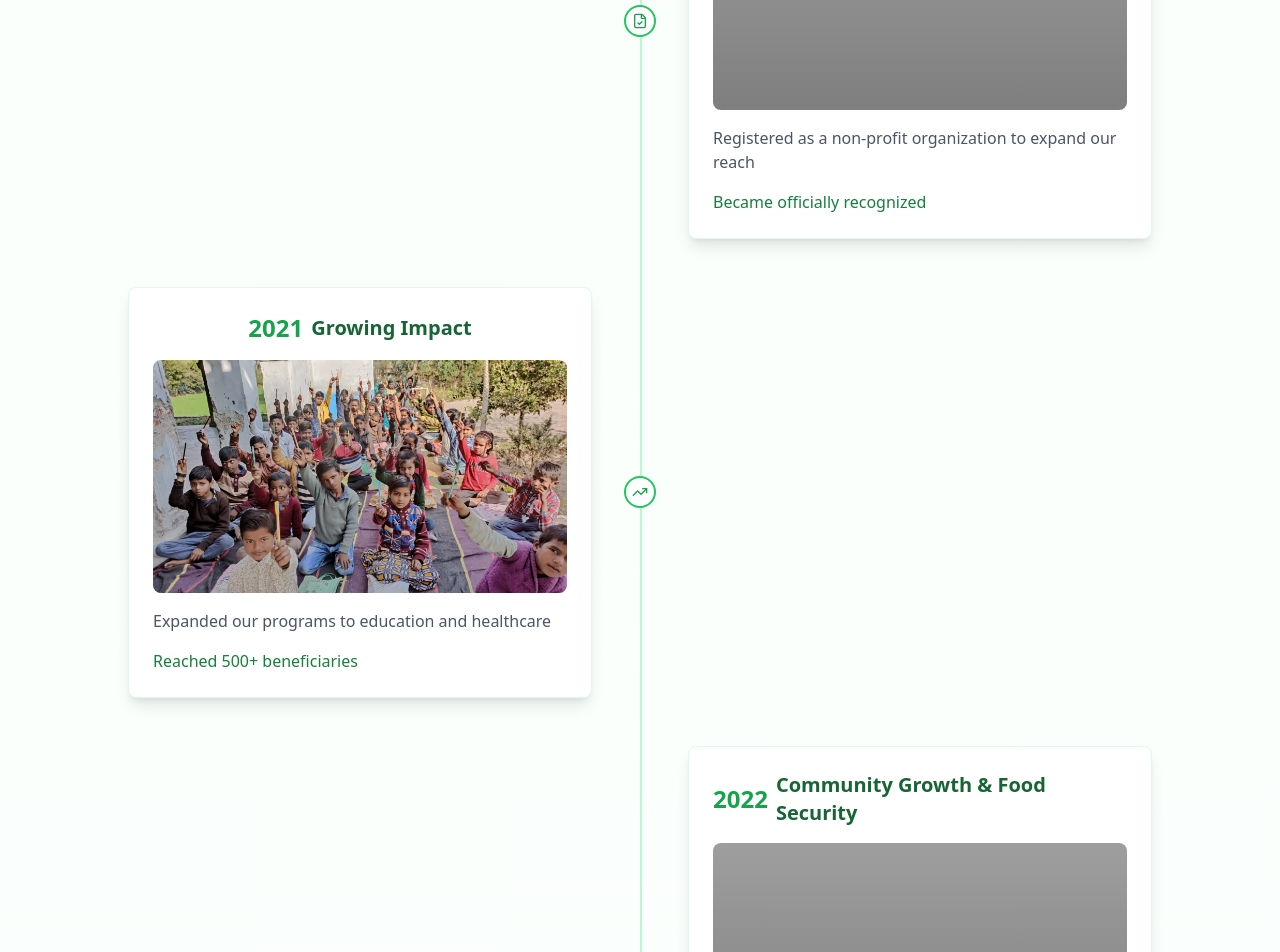
Repository: rajukumar2003/chandra-foundation
Page: /aboutus
These files come from the project's save history. The page is drawn as it stood at one moment and after the next save; the edit follows.
The browser window is 1280 px wide. The pictures show the part of the page from y = 4197 to 5149 px (the page is 7627 px tall).
Pictures or frames that could not be fetched are drawn as grey boxes. The project was rebuilt for these pictures with package versions that can differ from the ones it lists, and the page was loaded fresh each time. The framework's server and built-in components were replaced by stand-ins that run in the browser. Also part of the build but not shown: next.config.ts.

Above is the page before, as saved 2025-01-30 21:19:23.

### app/layout.tsx
import type { Metadata } from "next";
import { Geist, Geist_Mono } from "next/font/google";
import "./globals.css";
import Navbar from "./components/navbar";
import Footer from "./components/Footer";

const geistSans = Geist({
  variable: "--font-geist-sans",
  subsets: ["latin"],
});

const geistMono = Geist_Mono({
  variable: "--font-geist-mono",
  subsets: ["latin"],
});

export const metadata: Metadata = {
  title: "Create Next App",
  description: "Generated by create next app",
};

export default function RootLayout({
  children,
}: Readonly<{
  children: React.ReactNode;
}>) {
  return (
    <html lang="en">
      <body
        className={`${geistSans.variable} ${geistMono.variable} antialiased`}
      >
        <Navbar />
        {children}
        <Footer/>
      </body>
    </html>
  );
}

### app/globals.css
@tailwind base;
@tailwind components;
@tailwind utilities;
@layer base {
  :root {
    --background: 0 0% 100%;
    --foreground: 0 0% 3.9%;
    --card: 0 0% 100%;
    --card-foreground: 0 0% 3.9%;
    --popover: 0 0% 100%;
    --popover-foreground: 0 0% 3.9%;
    --primary: 0 0% 9%;
    --primary-foreground: 0 0% 98%;
    --secondary: 0 0% 96.1%;
    --secondary-foreground: 0 0% 9%;
    --muted: 0 0% 96.1%;
    --muted-foreground: 0 0% 45.1%;
    --accent: 0 0% 96.1%;
    --accent-foreground: 0 0% 9%;
    --destructive: 0 84.2% 60.2%;
    --destructive-foreground: 0 0% 98%;
    --border: 0 0% 89.8%;
    --input: 0 0% 89.8%;
    --ring: 0 0% 3.9%;
    --chart-1: 12 76% 61%;
    --chart-2: 173 58% 39%;
    --chart-3: 197 37% 24%;
    --chart-4: 43 74% 66%;
    --chart-5: 27 87% 67%;
    --radius: 0.5rem
  }
  .dark {
    --background: 0 0% 3.9%;
    --foreground: 0 0% 98%;
    --card: 0 0% 3.9%;
    --card-foreground: 0 0% 98%;
    --popover: 0 0% 3.9%;
    --popover-foreground: 0 0% 98%;
    --primary: 0 0% 98%;
    --primary-foreground: 0 0% 9%;
    --secondary: 0 0% 14.9%;
    --secondary-foreground: 0 0% 98%;
    --muted: 0 0% 14.9%;
    --muted-foreground: 0 0% 63.9%;
    --accent: 0 0% 14.9%;
    --accent-foreground: 0 0% 98%;
    --destructive: 0 62.8% 30.6%;
    --destructive-foreground: 0 0% 98%;
    --border: 0 0% 14.9%;
    --input: 0 0% 14.9%;
    --ring: 0 0% 83.1%;
    --chart-1: 220 70% 50%;
    --chart-2: 160 60% 45%;
    --chart-3: 30 80% 55%;
    --chart-4: 280 65% 60%;
    --chart-5: 340 75% 55%
  }
}
@layer base {
  * {
    @apply border-border;
  }
  body {
    @apply bg-background text-foreground;
  }
}

@keyframes float {
  0%, 100% {
    transform: translateY(0);
  }
  50% {
    transform: translateY(-20px);
  }
}

@keyframes float-delayed {
  0%, 100% {
    transform: translateY(0);
  }
  50% {
    transform: translateY(-15px);
  }
}

.animate-float {
  animation: float 6s ease-in-out infinite;
}

.animate-float-delayed {
  animation: float-delayed 5s ease-in-out infinite;
  animation-delay: 1s;
}

### app/components/AboutIntro.tsx
"use client";

import { motion } from "framer-motion";
import Image from "next/image";

export default function AboutUsIntro() {
  return (
    <section className="py-16 bg-white">
      <div className="container mx-auto px-4">
        <div>
          <h2 className="text-4xl font-bold text-green-800 my-12 flex justify-center items-center">Who We Are</h2>
        </div>
        <div className="grid lg:grid-cols-2 gap-12 lg:gap-20 items-center justify-center">
          {/* Left side - Image */}
          <motion.div
            initial={{ opacity: 0, x: -20 }}
            animate={{ opacity: 1, x: 0 }}
            transition={{ duration: 0.6 }}
            className="relative"
          >
            <div className="relative rounded-3xl overflow-hidden border border-green-200 aspect-[16/9]">
              <Image
                src="/images/aboutus.png"
                alt="Making a difference in communities"
                fill
                className="object-cover"
              />
              {/* Decorative borders */}
              <div className="absolute inset-0 border-2 border-green-100 rounded-3xl transform rotate-2" />
              <div className="absolute inset-0 border-2 border-green-100 rounded-3xl transform -rotate-2" />
            </div>
          </motion.div>

          {/* Right side - Content */}
          <motion.div
            initial={{ opacity: 0, x: 20 }}
            animate={{ opacity: 1, x: 0 }}
            transition={{ duration: 0.6, delay: 0.2 }}
            className="space-y-8"
          >
            {/* Short Para / Who we are */}
            <div>
              <p className="text-gray-600 text-lg leading-relaxed">
                Founded in 2019, Chandra Foundation emerged from a vision to
                create lasting positive change in underserved communities. What
                began as a small initiative has grown into a dynamic force for
                social transformation, touching thousands of lives across
                multiple regions.
              </p>
            </div>

            {/* Our Journey */}
            <div>
              <h3 className="text-2xl font-semibold text-green-700 mb-2">
                Our Journey
              </h3>
              <p className="text-gray-600 text-lg leading-relaxed">
                From our humble beginnings distributing essential supplies,
                we&apos;ve evolved into a comprehensive support system focusing on
                education, healthcare, and sustainable development. Each year
                marks new milestones in our mission to empower communities.
              </p>
            </div>

            {/* Founding Story */}
            <div>
              <h3 className="text-2xl font-semibold text-green-700 mb-2">
                Founding Story
              </h3>
              <p className="text-gray-600 text-lg leading-relaxed">
                Our founder, Chandra Kumar, witnessed firsthand the challenges
                faced by underprivileged communities. This personal experience
                sparked a commitment to create an organization that would bridge
                the gap between resources and needs, ensuring no one is left
                behind.
              </p>
            </div>

          </motion.div>
        </div>
      </div>
    </section>
  );
}

### app/components/AboutHero.tsx
"use client"

import { motion } from "framer-motion"
import Image from "next/image"

export default function AboutHero() {
  return (
    <section className="relative min-h-[70vh] md:min-h-[80vh] flex items-center justify-center overflow-hidden">
      <Image
        src="/images/about.png"
        alt="Chandra Foundation team working in the community"
        fill
        style={{ objectFit: "cover", filter: "brightness(0.8)" }}
        className="absolute inset-0"
        priority
      />
      <div className="absolute inset-0 bg-black opacity-10" />
      <div className="absolute inset-0 bg-gradient-to-b from-black/20 to-black/10" />
      {/* <div className="absolute inset-0 bg-gradient-to-b from-green-900/70 to-green-800/70" /> */}
      <div className="absolute inset-0 bg-grid-white/[0.05]" />

      <div className="relative z-20 text-center text-white max-w-4xl mx-auto px-4">
        <motion.h1
          initial={{ opacity: 0, y: 30 }}
          animate={{ opacity: 1, y: 0 }}
          transition={{ duration: 0.8, ease: "easeOut" }}
          className="text-4xl md:text-5xl lg:text-6xl font-bold mb-6 leading-tight"
        >
          About Us
        </motion.h1>
        <motion.p
          initial={{ opacity: 0, y: 30 }}
          animate={{ opacity: 1, y: 0 }}
          transition={{ duration: 0.8, delay: 0.2, ease: "easeOut" }}
          className="text-xl md:text-2xl lg:text-3xl font-light"
        >
          Empowering Communities, Transforming Lives
        </motion.p>
      </div>
    </section>
  )
}

### app/components/HistorySection.tsx
"use client"

import { motion } from "framer-motion"
import { Heart, FileCheck, TrendingUp, Sparkles, GraduationCap, Eye, Utensils, Trophy } from "lucide-react"
import Image from "next/image"

const timelineEvents = [
  {
    year: 2019,
    title: "Foundation Establishment",
    description: "Started our journey with a vision to help the underprivileged",
    stats: "Helped 50+ families",
    icon: Heart,
    image: "/images/foundation.jpg",
  },
  {
    year: 2020,
    title: "Official Registration",
    description: "Registered as a non-profit organization to expand our reach",
    stats: "Became officially recognized",
    icon: FileCheck,
    image: "/images/registration.jpg",
  },
  {
    year: 2021,
    title: "Growing Impact",
    description: "Expanded our programs to education and healthcare",
    stats: "Reached 500+ beneficiaries",
    icon: TrendingUp,
    image: "/images/vidyaudaya11.jpg",
  },
  {
    year: 2022,
    title: "Community Growth & Food Security",
    description: "Launched AnnaSamruddhi food distribution program, reaching thousands of families in need",
    stats: ["100+ active volunteers", "5000+ meals distributed", "5 community kitchens established"],
    icon: Utensils,
    image: "/images/food-distribution.jpg",
  },
  {
    year: 2023,
    title: "Healthcare Milestones",
    description: "Organized free eye camps under AyushKalyan initiative, serving rural communities",
    stats: ["5 community awards", "1000+ eye checkups conducted", "200+ spectacles distributed"],
    icon: Eye,
    image: "/images/eye-camp.jpg",
  },
  {
    year: 2024,
    title: "Skill Development Initiative",
    description: "Launched comprehensive skill certification program under KarmaVikas",
    stats: ["500+ youth trained", "10 skill development centers", "80% placement rate"],
    icon: GraduationCap,
    image: "/images/skill-development.jpg",
  },
  {
    year: 2025,
    title: "Official Launch",
    description: "Grand inauguration of Chandra Foundation headquarters",
    stats: ["Nationwide recognition", "Pan-India presence", "Strategic partnerships established"],
    icon: Trophy,
    image: "/images/launch.jpg",
  },
]

export default function HistorySection() {
  return (
    <section className="py-24 bg-gradient-to-b from-green-50/50 to-white relative overflow-hidden">
      {/* Background Pattern */}
      <div className="absolute inset-0 bg-grid-gray-100/25 [mask-image:radial-gradient(white,transparent_85%)]" />

      <div className="container mx-auto px-4 relative">
        <motion.div
          initial={{ opacity: 0, y: 20 }}
          whileInView={{ opacity: 1, y: 0 }}
          viewport={{ once: true }}
          transition={{ duration: 0.6 }}
          className="text-center mb-16"
        >
          <h2 className="text-3xl md:text-4xl font-bold text-green-800 mb-4">Our Journey Through Time</h2>
          <p className="text-gray-600 max-w-2xl mx-auto text-lg">
            From humble beginnings to nationwide impact, explore the milestones that have shaped our mission to
            transform lives.
          </p>
        </motion.div>

        <div className="relative max-w-5xl mx-auto">
          {/* Timeline Line */}
          <div className="absolute left-4 md:left-1/2 top-0 bottom-0 w-0.5 bg-green-200" />

          {timelineEvents.map((event, index) => (
            <motion.div
              key={event.year}
              initial={{ opacity: 0, y: 20 }}
              whileInView={{ opacity: 1, y: 0 }}
              viewport={{ once: true }}
              transition={{ duration: 0.6, delay: index * 0.1 }}
              className={`relative flex items-center mb-12 ${index % 2 === 0 ? "md:flex-row" : "md:flex-row-reverse"}`}
            >
              {/* Timeline Node */}
              <div className="absolute left-4 md:left-1/2 w-8 h-8 bg-white rounded-full border-2 border-green-500 transform -translate-x-4 md:-translate-x-4 z-10">
                <event.icon className="w-4 h-4 text-green-600 absolute top-1/2 left-1/2 transform -translate-x-1/2 -translate-y-1/2" />
              </div>

              {/* Content */}
              <div className={`ml-12 md:ml-0 md:w-1/2 ${index % 2 === 0 ? "md:pr-12" : "md:pl-12"}`}>
                <div className="bg-white rounded-lg p-6 shadow-lg hover:shadow-xl transition-all duration-300 border border-green-100">
                  <div className="flex items-center justify-center mb-4">
                    <span className="text-2xl font-bold text-green-600">{event.year}</span>
                    <div className="bg-transparent mx-1" />
                    <h3 className="text-xl font-semibold text-green-800">{event.title}</h3>
                  </div>

                  <div className="relative aspect-video w-full mb-4 rounded-lg overflow-hidden">
                    <Image src={event.image || "/placeholder.svg"} alt={event.title} fill className="object-cover" />
                    <div className="absolute inset-0 bg-gradient-to-t from-black/20 to-transparent" />
                  </div>

                  <p className="text-gray-600 mb-4">{event.description}</p>

                  {Array.isArray(event.stats) ? (
                    <ul className="space-y-2">
                      {event.stats.map((stat, i) => (
                        <li key={i} className="flex items-center text-green-700">
                          <div className="w-1.5 h-1.5 bg-green-500 rounded-full mr-2" />
                          {stat}
                        </li>
                      ))}
                    </ul>
                  ) : (
                    <p className="text-green-700">{event.stats}</p>
                  )}
                </div>
              </div>
            </motion.div>
          ))}

          {/* Future Indicator */}
          <div className="absolute left-4 md:left-1/2 bottom-0 transform -translate-x-4 md:-translate-x-4">
            <div className="w-8 h-8 rounded-full bg-green-100 flex items-center justify-center border-2 border-green-500">
              <Sparkles className="w-4 h-4 text-green-600" />
            </div>
          </div>
        </div>
      </div>
    </section>
  )
}

### components/ui/button.tsx
import * as React from "react"
import { Slot } from "@radix-ui/react-slot"
import { cva, type VariantProps } from "class-variance-authority"

import { cn } from "@/lib/utils"

const buttonVariants = cva(
  "inline-flex items-center justify-center gap-2 whitespace-nowrap rounded-md text-sm font-medium transition-colors focus-visible:outline-none focus-visible:ring-1 focus-visible:ring-ring disabled:pointer-events-none disabled:opacity-50 [&_svg]:pointer-events-none [&_svg]:size-4 [&_svg]:shrink-0",
  {
    variants: {
      variant: {
        default:
          "bg-primary text-primary-foreground shadow hover:bg-primary/90",
        destructive:
          "bg-destructive text-destructive-foreground shadow-sm hover:bg-destructive/90",
        outline:
          "border border-input bg-background shadow-sm hover:bg-accent hover:text-accent-foreground",
        secondary:
          "bg-secondary text-secondary-foreground shadow-sm hover:bg-secondary/80",
        ghost: "hover:bg-accent hover:text-accent-foreground",
        link: "text-primary underline-offset-4 hover:underline",
      },
      size: {
        default: "h-9 px-4 py-2",
        sm: "h-8 rounded-md px-3 text-xs",
        lg: "h-10 rounded-md px-8",
        icon: "h-9 w-9",
      },
    },
    defaultVariants: {
      variant: "default",
      size: "default",
    },
  }
)

export interface ButtonProps
  extends React.ButtonHTMLAttributes<HTMLButtonElement>,
    VariantProps<typeof buttonVariants> {
  asChild?: boolean
}

const Button = React.forwardRef<HTMLButtonElement, ButtonProps>(
  ({ className, variant, size, asChild = false, ...props }, ref) => {
    const Comp = asChild ? Slot : "button"
    return (
      <Comp
        className={cn(buttonVariants({ variant, size, className }))}
        ref={ref}
        {...props}
      />
    )
  }
)
Button.displayName = "Button"

export { Button, buttonVariants }

### components/ui/input.tsx
import * as React from "react"

import { cn } from "@/lib/utils"

const Input = React.forwardRef<HTMLInputElement, React.ComponentProps<"input">>(
  ({ className, type, ...props }, ref) => {
    return (
      <input
        type={type}
        className={cn(
          "flex h-9 w-full rounded-md border border-input bg-transparent px-3 py-1 text-base shadow-sm transition-colors file:border-0 file:bg-transparent file:text-sm file:font-medium file:text-foreground placeholder:text-muted-foreground focus-visible:outline-none focus-visible:ring-1 focus-visible:ring-ring disabled:cursor-not-allowed disabled:opacity-50 md:text-sm",
          className
        )}
        ref={ref}
        {...props}
      />
    )
  }
)
Input.displayName = "Input"

export { Input }

Loaded but not shown: lib/utils.ts (common file); tailwind.config.js (83 lines, source omitted); app/(root)/aboutus/page.tsx (408 lines, source omitted); components/ui/dropdown-menu.tsx (201 lines, source omitted); app/components/navbar.tsx (187 lines, source omitted); app/components/VisionMission.tsx (108 lines, source omitted); app/components/Footer.tsx (118 lines, source omitted); app/components/CoreValues.tsx (96 lines, source omitted)

After the next save:
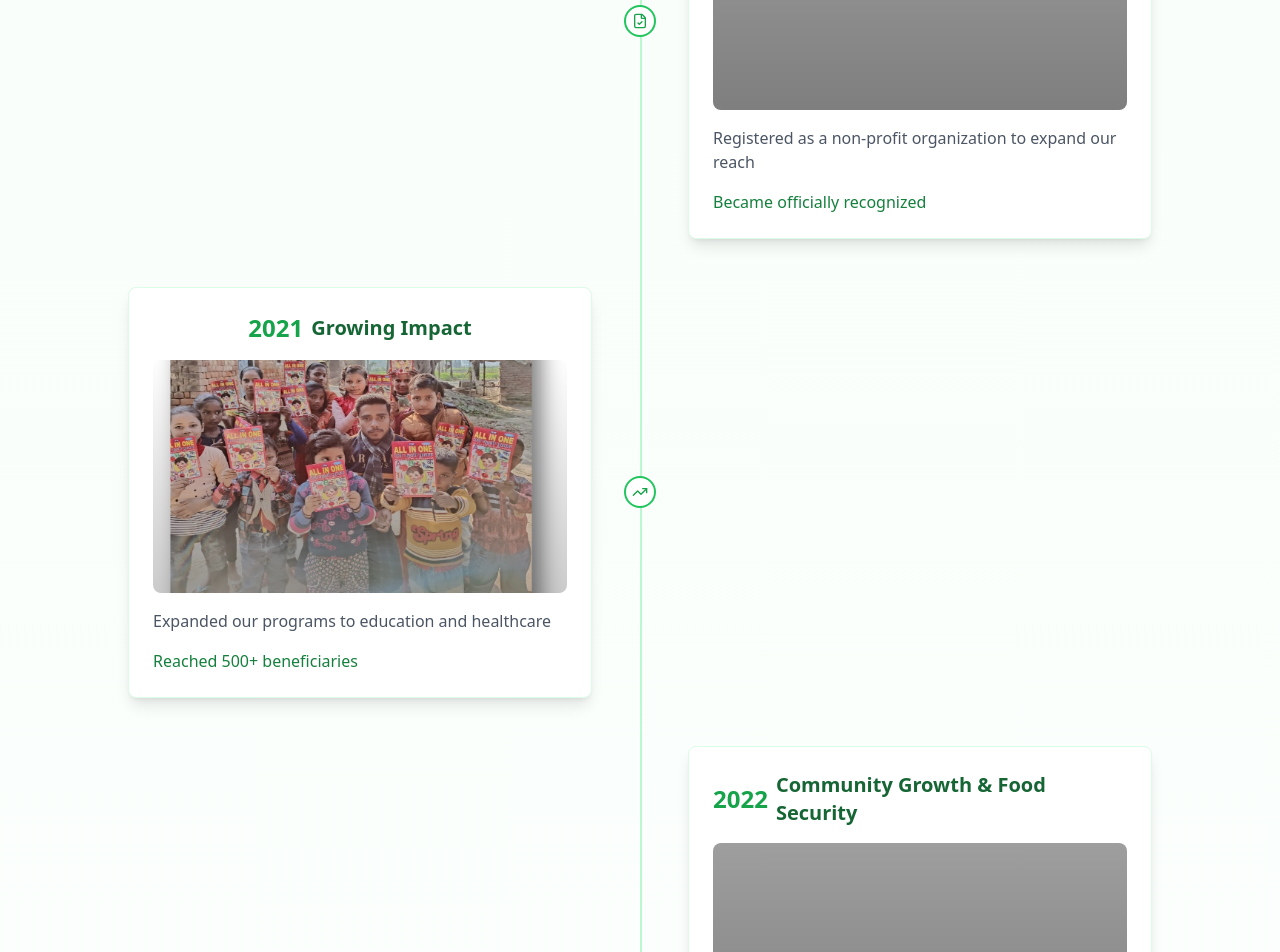
Saved 23 s later.
--- a/app/components/HistorySection.tsx
+++ b/app/components/HistorySection.tsx
@@ -27,7 +27,7 @@
     description: "Expanded our programs to education and healthcare",
     stats: "Reached 500+ beneficiaries",
     icon: TrendingUp,
-    image: "/images/vidyaudaya11.jpg",
+    image: "/images/vidyaUday1.jpg",
   },
   {
     year: 2022,

After the save that followed:
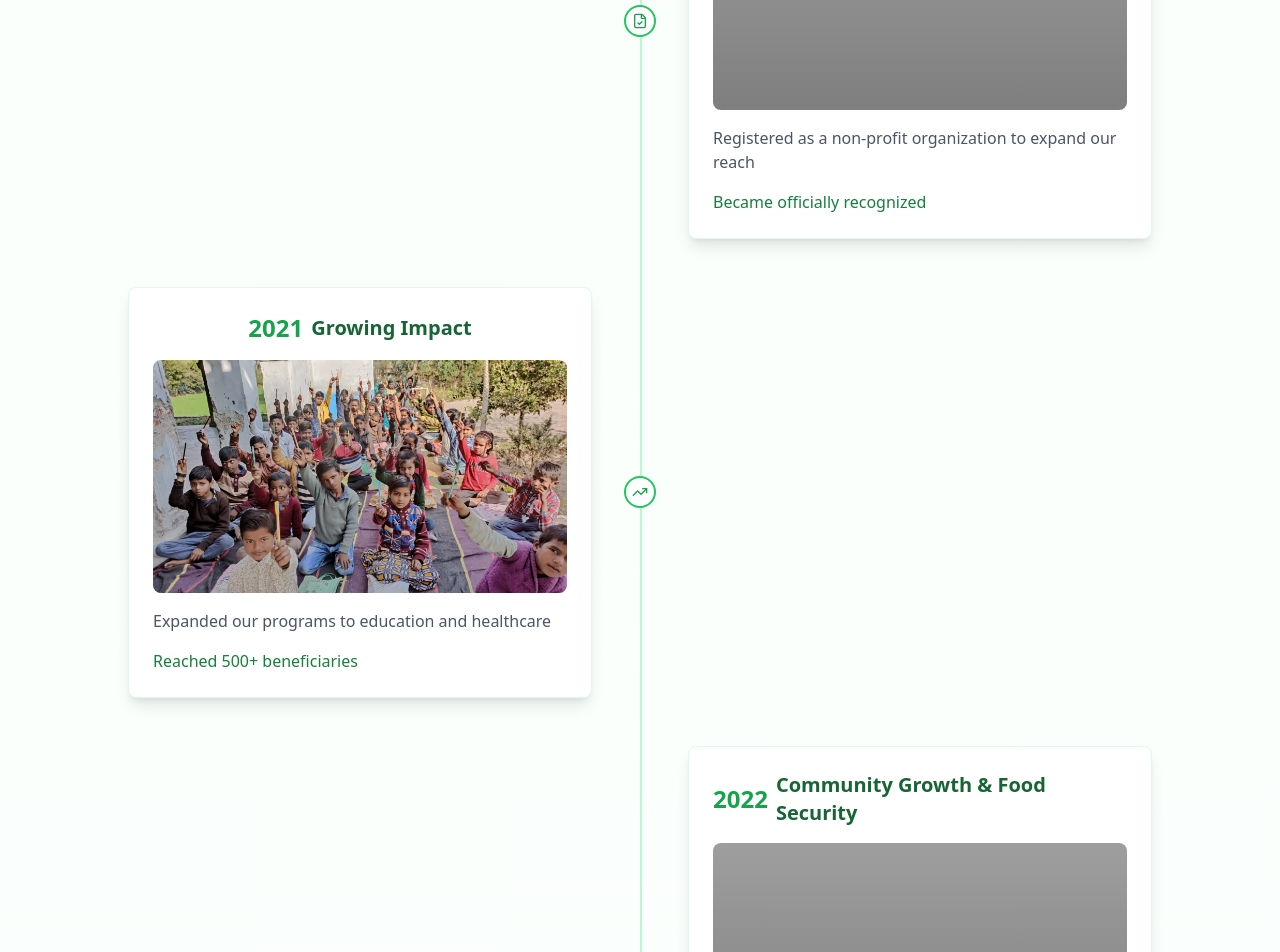
Saved 10 s later.
--- a/app/components/HistorySection.tsx
+++ b/app/components/HistorySection.tsx
@@ -27,7 +27,7 @@
     description: "Expanded our programs to education and healthcare",
     stats: "Reached 500+ beneficiaries",
     icon: TrendingUp,
-    image: "/images/vidyaUday1.jpg",
+    image: "/images/vidyaudaya11.jpg",
   },
   {
     year: 2022,
